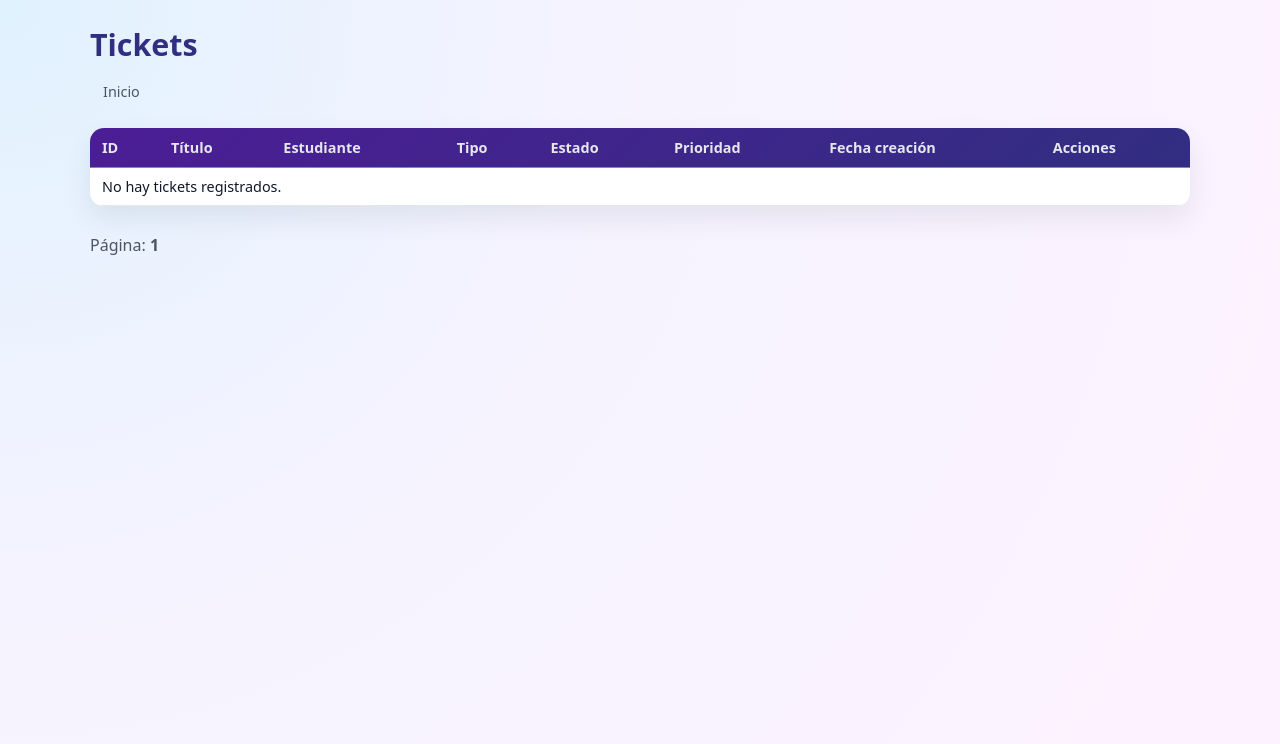
Repository: eleazarrrg/Proyecto-Mesa-Ayuda
Page: http://localhost/mesa-ayuda/tickets.php
The author's editor kept a copy of each file at every save. The page is drawn from the files as they stood at one save, then again after the next save.
The browser window is 1280 px wide. The pictures show the whole page.
The page is run by PHP 8.4 with error messages shown; the project is at /var/www/html/. The session is filled in as if someone had signed in: {"user_id": 1, "user_name": "Test User", "role_id": 1}. Other server files are loaded and not shown. Queries for data that is not in the repository find no rows.

Above is the page before, as saved 2025-12-07 12:59:29.

### public/tickets.php
<?php
// public/tickets.php
session_start();

require_once __DIR__ . '/../app/models/Ticket.php';

if (!isset($_SESSION['user_id'])) {
    header('Location: index.php');
    exit;
}

$ticketModel  = new Ticket();

$roleId       = $_SESSION['role_id'] ?? null;
$userId       = $_SESSION['user_id'] ?? null;
$esEstudiante = ($roleId == 3);

// Paginación
$pagina = isset($_GET['p']) ? (int)$_GET['p'] : 1;
if ($pagina < 1) {
    $pagina = 1;
}
$porPagina = 10;
$offset    = ($pagina - 1) * $porPagina;

// Si es estudiante, solo ve sus tickets
if ($esEstudiante) {
    $total   = $ticketModel->contarPorCreador($userId);
    $tickets = $ticketModel->listarPorCreador($userId, $porPagina, $offset);
} else {
    // Admin / Agente ven todos
    $total   = $ticketModel->contarTodos();
    $tickets = $ticketModel->listarTodos($porPagina, $offset);
}

$totalPaginas = max(1, (int)ceil($total / $porPagina));
?>
<!DOCTYPE html>
<html lang="es">
<head>
    <meta charset="UTF-8">
    <title>Listado de Tickets</title>
    <link rel="stylesheet" href="../assets/css/style.css">
</head>
<body>
    <h1>Tickets</h1>

    <p>
        <a href="dashboard.php">Inicio</a>
        <?php if ($esEstudiante): ?>
            | <a href="ticket_nuevo.php">Nuevo Ticket</a>
        <?php endif; ?>
    </p>

    <table>
        <thead>
        <tr>
            <?php if (!$esEstudiante): ?>
                <th>ID</th>
            <?php endif; ?>
            <th>Título</th>
            <th>Estudiante</th>
            <th>Tipo</th>
            <th>Estado</th>
            <th>Prioridad</th>
            <th>Fecha creación</th>
            <th>Acciones</th>
        </tr>
        </thead>
        <tbody>
        <?php if (empty($tickets)): ?>
            <tr>
                <td colspan="<?= $esEstudiante ? 7 : 8; ?>">No hay tickets registrados.</td>
            </tr>
        <?php else: ?>
            <?php foreach ($tickets as $t): ?>
                <tr>
                    <?php if (!$esEstudiante): ?>
                        <td data-label="ID"><?= $t['id']; ?></td>
                    <?php endif; ?>
                    <td data-label="Título"><?= htmlspecialchars($t['titulo']); ?></td>
                    <td data-label="Estudiante"><?= htmlspecialchars($t['primer_nombre'] . ' ' . $t['primer_apellido']); ?></td>
                    <td data-label="Tipo"><?= htmlspecialchars($t['tipo_nombre']); ?></td>
                    <td data-label="Estado"><?= htmlspecialchars($t['estado']); ?></td>
                    <td data-label="Prioridad"><?= htmlspecialchars($t['prioridad']); ?></td>
                    <td data-label="Fecha creación"><?= $t['fecha_creacion']; ?></td>
                    <td data-label="Acciones">
                        <a href="ticket_detalle.php?id=<?= $t['id']; ?>">Ver / Gestionar</a>
                        <?php if ($esEstudiante && $t['estado'] === 'CULMINADA'): ?>
                            | <a href="encuesta.php?ticket_id=<?= $t['id']; ?>">Encuesta</a>
                        <?php endif; ?>
                    </td>
                </tr>
            <?php endforeach; ?>
        <?php endif; ?>
        </tbody>
    </table>

    <p>
        Página:
        <?php for ($i = 1; $i <= $totalPaginas; $i++): ?>
            <?php if ($i == $pagina): ?>
                <strong><?= $i; ?></strong>
            <?php else: ?>
                <a href="?p=<?= $i; ?>"><?= $i; ?></a>
            <?php endif; ?>
        <?php endfor; ?>
    </p>
</body>
</html>

### app/models/Ticket.php
<?php
// app/models/Ticket.php
require_once __DIR__ . '/../core/Database.php';

class Ticket
{
    private $db;

    public function __construct()
    {
        $this->db = Database::getInstance()->getConnection();
    }

    /**
     * Crear un ticket desde el formulario del estudiante.
     * $data:
     *  estudiante_id, tipo_ticket_id, titulo, descripcion,
     *  prioridad, creado_por_usuario_id, ip_origen
     */
    public function crear(array $data): bool
    {
        $sql = "INSERT INTO tickets
                (estudiante_id, tipo_ticket_id, titulo, descripcion,
                 prioridad, creado_por_usuario_id, ip_origen)
                VALUES
                (:estudiante_id, :tipo_ticket_id, :titulo, :descripcion,
                 :prioridad, :creado_por_usuario_id, :ip_origen)";
        $stmt = $this->db->prepare($sql);
        return $stmt->execute([
            ':estudiante_id'        => $data['estudiante_id'],
            ':tipo_ticket_id'        => $data['tipo_ticket_id'],
            ':titulo'                => $data['titulo'],
            ':descripcion'           => $data['descripcion'],
            ':prioridad'             => $data['prioridad'],
            ':creado_por_usuario_id' => $data['creado_por_usuario_id'],
            ':ip_origen'             => $data['ip_origen'],
        ]);
    }

    /**
     * Listado general (para admin/agente)
     */
    public function listarTodos(int $limite = 10, int $offset = 0): array
    {
        $sql = "SELECT t.*,
                       c.primer_nombre,
                       c.primer_apellido,
                       c.identificacion,
                       tt.nombre AS tipo_nombre
                FROM tickets t
                JOIN estudiantes c ON t.estudiante_id = c.id
                JOIN tipos_ticket tt ON t.tipo_ticket_id = tt.id
                ORDER BY t.fecha_creacion ASC
                LIMIT :limite OFFSET :offset";
        $stmt = $this->db->prepare($sql);
        $stmt->bindValue(':limite', $limite, PDO::PARAM_INT);
        $stmt->bindValue(':offset', $offset, PDO::PARAM_INT);
        $stmt->execute();
        return $stmt->fetchAll();
    }

    public function contarTodos(): int
    {
        $sql = "SELECT COUNT(*) AS total FROM tickets";
        $row = $this->db->query($sql)->fetch();
        return (int)($row['total'] ?? 0);
    }

    /**
     * Listado filtrado por usuario creador (para estudiante)
     */
    public function listarPorCreador(int $usuarioId, int $limite = 10, int $offset = 0): array
    {
        $sql = "SELECT t.*,
                       c.primer_nombre,
                       c.primer_apellido,
                       c.identificacion,
                       tt.nombre AS tipo_nombre
                FROM tickets t
                JOIN estudiantes c ON t.estudiante_id = c.id
                JOIN tipos_ticket tt ON t.tipo_ticket_id = tt.id
                WHERE t.creado_por_usuario_id = :usuario_id
                ORDER BY t.fecha_creacion ASC
                LIMIT :limite OFFSET :offset";
        $stmt = $this->db->prepare($sql);
        $stmt->bindValue(':usuario_id', $usuarioId, PDO::PARAM_INT);
        $stmt->bindValue(':limite', $limite, PDO::PARAM_INT);
        $stmt->bindValue(':offset', $offset, PDO::PARAM_INT);
        $stmt->execute();
        return $stmt->fetchAll();
    }

    public function contarPorCreador(int $usuarioId): int
    {
        $sql = "SELECT COUNT(*) AS total
                FROM tickets
                WHERE creado_por_usuario_id = :usuario_id";
        $stmt = $this->db->prepare($sql);
        $stmt->execute([':usuario_id' => $usuarioId]);
        $row = $stmt->fetch();
        return (int)($row['total'] ?? 0);
    }

    /**
     * Obtener detalle de un ticket
     */
    public function obtenerPorId(int $id): ?array
    {
        $sql = "SELECT t.*,
                       c.primer_nombre,
                       c.primer_apellido,
                       c.identificacion,
                       tt.nombre AS tipo_nombre
                FROM tickets t
                JOIN estudiantes c ON t.estudiante_id = c.id
                JOIN tipos_ticket tt ON t.tipo_ticket_id = tt.id
                WHERE t.id = :id";
        $stmt = $this->db->prepare($sql);
        $stmt->execute([':id' => $id]);
        $row = $stmt->fetch();
        return $row ?: null;
    }

    /**
     * Actualizar gestión del ticket (solo agente)
     * Cambia estado, prioridad, solución y asigna agente/fechas.
     */
    public function actualizarGestion(
        int $id,
        string $estado,
        string $prioridad,
        ?string $solucion,
        ?int $agenteId
    ): bool {
        // Construimos dinámicamente la parte SET
        $campos = [
            "estado = :estado",
            "prioridad = :prioridad",
            "solucion = :solucion",
        ];
        $params = [
            ':estado'    => $estado,
            ':prioridad' => $prioridad,
            ':solucion'  => $solucion,
            ':id'        => $id,
        ];

        if ($agenteId !== null) {
            $campos[]          = "agente_id = :agente_id";
            $campos[]          = "fecha_asignacion = IFNULL(fecha_asignacion, NOW())";
            $params[':agente_id'] = $agenteId;
        }

        if ($estado === 'EN_PROCESO') {
            $campos[] = "fecha_respuesta = IFNULL(fecha_respuesta, NOW())";
        } elseif ($estado === 'CULMINADA') {
            $campos[] = "fecha_respuesta = IFNULL(fecha_respuesta, NOW())";
            $campos[] = "fecha_cierre   = IFNULL(fecha_cierre, NOW())";
        }

        $sql = "UPDATE tickets SET " . implode(', ', $campos) . " WHERE id = :id";
        $stmt = $this->db->prepare($sql);
        return $stmt->execute($params);
    }

    /**
     * Listar datos para reportes (filtros: estado, tipo_ticket_id, agente_id)
     * Incluye categoría, nombre del agente y minutos_respuesta.
     */
    public function listarParaReporte(array $filtros = []): array
    {
        $sql = "SELECT
                    t.id,
                    t.titulo,
                    t.estado,
                    t.prioridad,
                    t.fecha_creacion,
                    t.fecha_respuesta,
                    tt.nombre   AS tipo_nombre,
                    tt.categoria AS categoria,
                    u.nombre    AS agente_nombre,
                    TIMESTAMPDIFF(MINUTE, t.fecha_creacion, t.fecha_respuesta) AS minutos_respuesta
                FROM tickets t
                JOIN tipos_ticket tt ON t.tipo_ticket_id = tt.id
                LEFT JOIN usuarios u ON t.agente_id = u.id
                WHERE 1=1";
        $params = [];

        if (!empty($filtros['estado'])) {
            $sql .= " AND t.estado = :estado";
            $params[':estado'] = $filtros['estado'];
        }
        if (!empty($filtros['tipo_ticket_id'])) {
            $sql .= " AND t.tipo_ticket_id = :tipo_ticket_id";
            $params[':tipo_ticket_id'] = $filtros['tipo_ticket_id'];
        }
        if (!empty($filtros['agente_id'])) {
            $sql .= " AND t.agente_id = :agente_id";
            $params[':agente_id'] = $filtros['agente_id'];
        }

        $sql .= " ORDER BY t.fecha_creacion ASC";

        $stmt = $this->db->prepare($sql);
        $stmt->execute($params);
        return $stmt->fetchAll();
    }
}

### app/core/Database.php
<?php
// app/core/Database.php
require_once __DIR__ . '/../config/config.php';

class Database {
    private $host;
    private $dbname;
    private $user;
    private $pass;
    private static $instance = null;
    private $pdo;

    private function __construct() {
        $this->host   = defined('DB_HOST') ? DB_HOST : 'localhost';
        $this->dbname = defined('DB_NAME') ? DB_NAME : 'mesa_ayuda';
        $this->user   = defined('DB_USER') ? DB_USER : 'root';
        $this->pass   = defined('DB_PASS') ? DB_PASS : '';

        $dsn = "mysql:host={$this->host};dbname={$this->dbname};charset=utf8mb4";

        try {
            $this->pdo = new PDO($dsn, $this->user, $this->pass, [
                PDO::ATTR_ERRMODE            => PDO::ERRMODE_EXCEPTION,
                PDO::ATTR_DEFAULT_FETCH_MODE => PDO::FETCH_ASSOC,
            ]);
        } catch (PDOException $e) {
            // Control de errores sencillo
            die("Error de conexión a BD: " . $e->getMessage());
        }
    }

    public static function getInstance() {
        if (self::$instance === null) {
            self::$instance = new Database();
        }
        return self::$instance;
    }

    public function getConnection() {
        return $this->pdo;
    }
}

### app/config/config.php
<?php
// app/config/config.php

// Nombre de la app
define('APP_NAME', 'Mesa de Ayuda UTP');


define('APP_URL', 'http://localhost/mesa-ayuda/public');

// Configuración de zona horaria
date_default_timezone_set('America/Panama');

// Datos de BD por si luego se usan en Database.php
define('DB_HOST', 'localhost');
define('DB_NAME', 'mesa_ayuda');
define('DB_USER', 'root');
define('DB_PASS', '');

Loaded but not shown: assets/css/style.css (555 lines, source omitted)

After the next save:
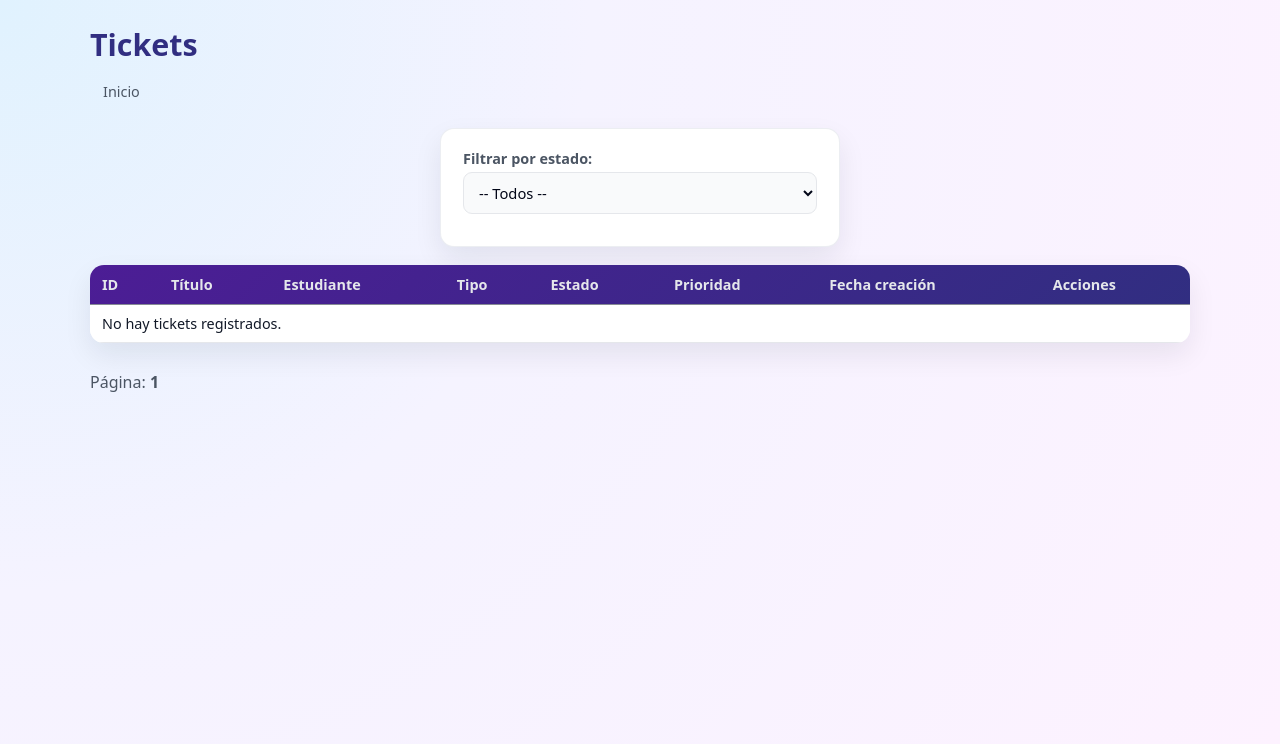
Saved 3 min 54 s later.
--- a/public/tickets.php
+++ b/public/tickets.php
@@ -15,6 +15,12 @@ $roleId       = $_SESSION['role_id'] ?? null;
 $userId       = $_SESSION['user_id'] ?? null;
 $esEstudiante = ($roleId == 3);
 
+// Filtro de estado (opcional)
+$estadoFiltro = $_GET['estado'] ?? '';
+$estadoFiltro = in_array($estadoFiltro, ['EN_PROCESO', 'EN_ESPERA', 'CULMINADA'], true)
+    ? $estadoFiltro
+    : '';
+
 // Paginación
 $pagina = isset($_GET['p']) ? (int)$_GET['p'] : 1;
 if ($pagina < 1) {
@@ -25,15 +31,18 @@ $offset    = ($pagina - 1) * $porPagina;
 
 // Si es estudiante, solo ve sus tickets
 if ($esEstudiante) {
-    $total   = $ticketModel->contarPorCreador($userId);
-    $tickets = $ticketModel->listarPorCreador($userId, $porPagina, $offset);
+    $total   = $ticketModel->contarPorCreador($userId, $estadoFiltro ?: null);
+    $tickets = $ticketModel->listarPorCreador($userId, $porPagina, $offset, $estadoFiltro ?: null);
 } else {
     // Admin / Agente ven todos
-    $total   = $ticketModel->contarTodos();
-    $tickets = $ticketModel->listarTodos($porPagina, $offset);
+    $total   = $ticketModel->contarTodos($estadoFiltro ?: null);
+    $tickets = $ticketModel->listarTodos($porPagina, $offset, $estadoFiltro ?: null);
 }
 
 $totalPaginas = max(1, (int)ceil($total / $porPagina));
+
+// Para mantener el filtro en la paginación
+$queryEstado = $estadoFiltro ? '&estado=' . urlencode($estadoFiltro) : '';
 ?>
 <!DOCTYPE html>
 <html lang="es">
@@ -51,6 +60,20 @@ $totalPaginas = max(1, (int)ceil($total / $porPagina));
             | <a href="ticket_nuevo.php">Nuevo Ticket</a>
         <?php endif; ?>
     </p>
+
+    <!-- Filtro por estado -->
+    <form method="get" style="margin-bottom: 10px; max-width: 400px;">
+        <label for="estado">Filtrar por estado:</label>
+        <select name="estado" id="estado" onchange="this.form.submit()">
+            <option value="">-- Todos --</option>
+            <option value="EN_ESPERA"   <?= $estadoFiltro === 'EN_ESPERA'   ? 'selected' : ''; ?>>En espera</option>
+            <option value="EN_PROCESO"  <?= $estadoFiltro === 'EN_PROCESO'  ? 'selected' : ''; ?>>En proceso</option>
+            <option value="CULMINADA"   <?= $estadoFiltro === 'CULMINADA'   ? 'selected' : ''; ?>>Culminada</option>
+        </select>
+        <!-- Si quieres un botón en vez de onchange:
+        <button type="submit">Aplicar</button>
+        -->
+    </form>
 
     <table>
         <thead>
@@ -102,7 +125,7 @@ $totalPaginas = max(1, (int)ceil($total / $porPagina));
             <?php if ($i == $pagina): ?>
                 <strong><?= $i; ?></strong>
             <?php else: ?>
-                <a href="?p=<?= $i; ?>"><?= $i; ?></a>
+                <a href="?p=<?= $i . $queryEstado; ?>"><?= $i; ?></a>
             <?php endif; ?>
         <?php endfor; ?>
     </p>
